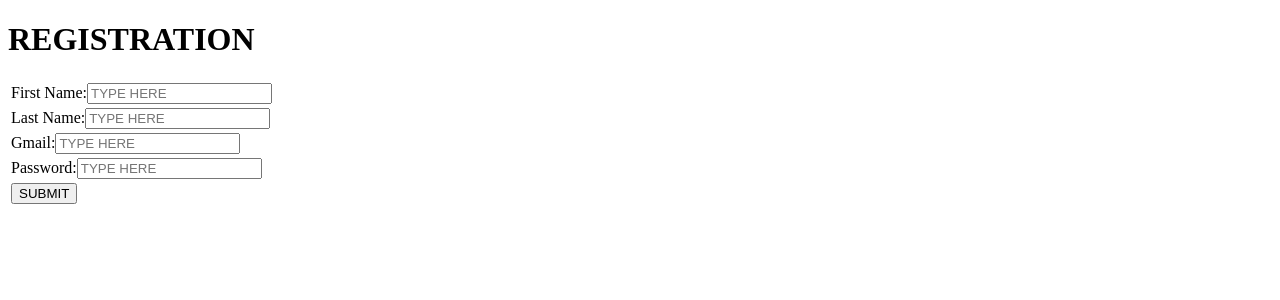
Repository: Amanbadshah/Java-project-
Page: com.basic/src/main/webapp/create.html
The author's editor kept a copy of each file at every save. The page is drawn from the files as they stood at one save, then again after the next save.
The browser window is 1280 px wide. The pictures show the whole page.

Above is the page before, as saved 2022-06-02 07:30:27.

After the next save:
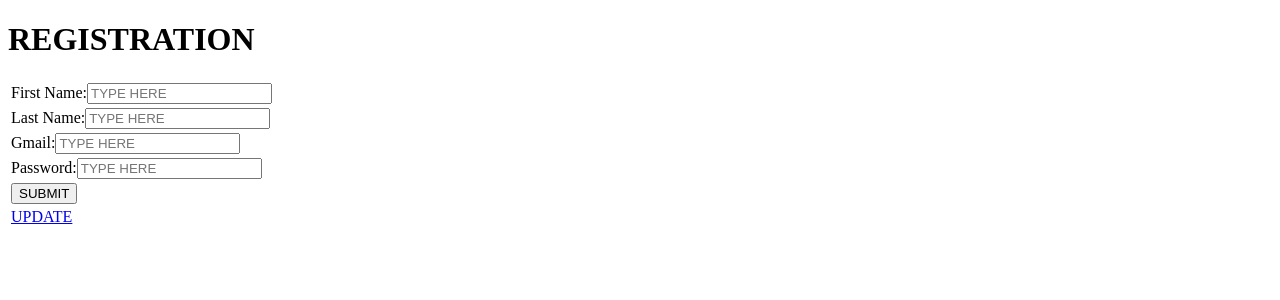
Saved 60 s later.
--- a/com.basic/src/main/webapp/create.html
+++ b/com.basic/src/main/webapp/create.html
@@ -21,6 +21,7 @@
 <td>Password:<input name="password" placeholder="TYPE HERE"></td>
 </tr>
 <td><button type="submit" >SUBMIT</button></td>
+<tr><td><a href="update.html">UPDATE</a></td></tr>
 
 
 </table>
